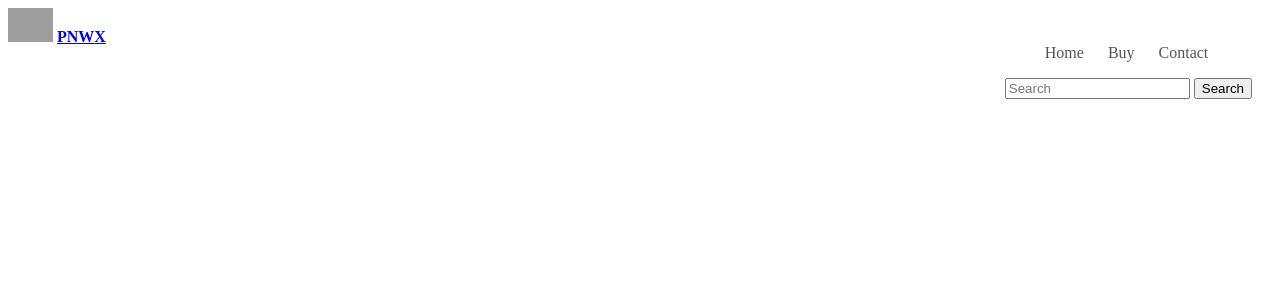
Repository: meiming24/meiming24.github.io
Page: index.html
These files come from the project's save history. The page is drawn as it stood at one moment and after the next save; the edit follows.
The browser window is 1280 px wide. The pictures show the whole page.
Pictures or frames that could not be fetched are drawn as grey boxes.

Above is the page before, as saved 2022-05-09 17:04:46.

### index.html
<!DOCTYPE html>
<html lang="en">
<head>
    <meta charset="UTF-8">
    <meta http-equiv="X-UA-Compatible" content="IE=edge">
    <meta name="viewport" content="width=device-width, initial-scale=1.0">
    <title>Pacific Northwest X-Ray</title>
    <link rel="stylesheet" href="index.css" />
</head>
<body>
    <div class="container">

        <div class="logo">
            <img src="https://i.postimg.cc/hG3zmBz9/xray.png" alt="logo">
            <a href="#">PNWX</a>

        </div>

        <div class="nav-bar">
            <nav>
                <ul>
                    <li>
                        <a href="#">Home</a>
                    </li>

                    <li>
                        <a href="#">Buy</a>
                    </li>

                    <li>
                        <a href="#">Contact</a>
                    </li>

                </ul>

                <form class="d-flex">
                    <input type="search" placeholder="Search"/>
                    <button type="submit">Search</button>
                </form>
            </nav>



        </div>



    </div>

    <div class="content">

        <div class="item">

        </div>

        <div class="item">

        </div>

        <div class="item">

        </div>

    </div>
</body>
</html>

### index.css
.container {
    display: flex;
    flex-flow: row wrap;
}

.container > * {
    padding: 0px;
    margin: 0PX;
    box-sizing: border-box;
}

.logo {
    flex: 15%;
    font-weight: 600;
    text-decoration: none;
}

.logo > img {
    width: 45px;
}

.nav-bar {
    display: flex;
    align-items: center;
    padding: 20px;
}

.nav-bar > nav {
    flex: 100%;
    text-align: left;
}

.nav-bar > nav ul {
    display: inline-block;
    list-style-type: none;
}

.nav-bar > nav ul li{
    display: inline-block;
    margin-right: 20px;
}

.nav-bar > nav ul li a{
    text-decoration: none;
    color: #555;
    border-bottom-style: none;
}

After the next save:
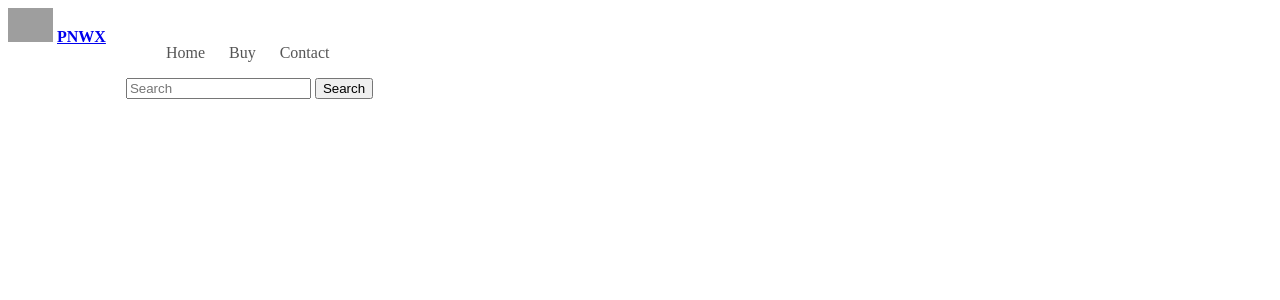
Saved 25 s later.
--- a/index.css
+++ b/index.css
@@ -10,7 +10,7 @@
 }
 
 .logo {
-    flex: 15%;
+    flex flex-basis: ;: 15%;
     font-weight: 600;
     text-decoration: none;
 }
